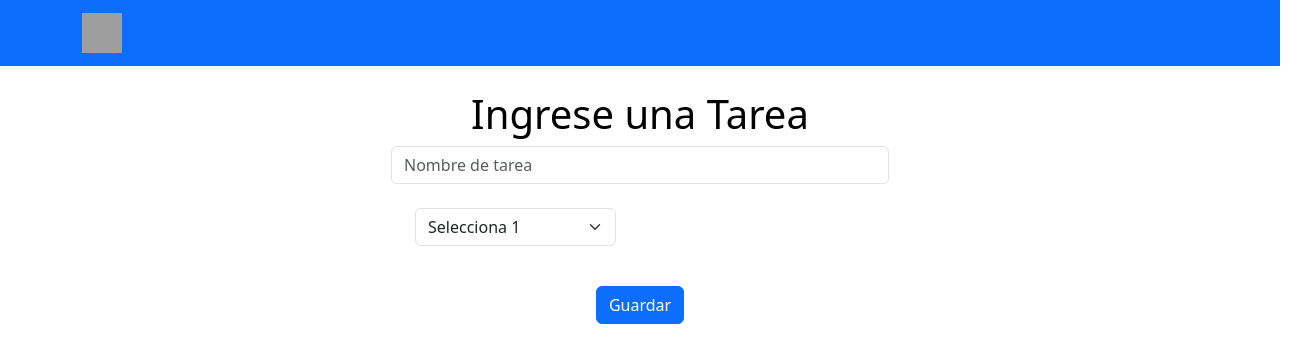
Repository: mgarrido0gb/registroTareas
Page: http://localhost/Tareas/Home
An editor plug-in stored every save of this project. The page is shown before and after the next save, followed by the edit.
The browser window is 1280 px wide. The page is 1292 px wide, so the pictures cover 1292 px, including what lies to the right of the window. The pictures show the whole page.
Pictures or frames that could not be fetched are drawn as grey boxes. The page is served by Tomcat 10. Queries for data that is not in the repository find no rows.

Above is the page before, as saved 2024-05-21 20:49:35.

After the next save:
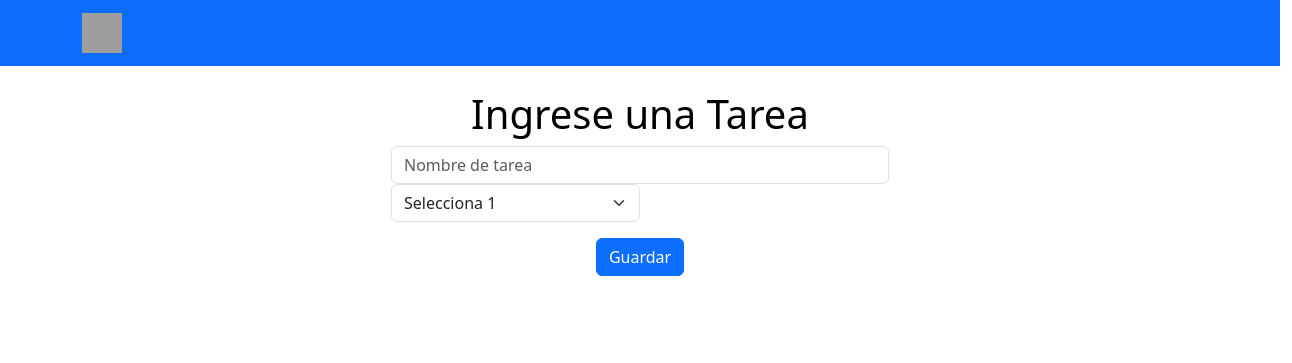
Saved 16 s later.
--- a/Tareas/src/main/webapp/WEB-INF/home.jsp
+++ b/Tareas/src/main/webapp/WEB-INF/home.jsp
@@ -50,7 +50,7 @@
                     	<div class="form-group">
                         	<input class="form-control" placeholder="Nombre de tarea" name="texto" type="text" required>
                     	</div>
-                    	<div class="p-4 col-md-6">
+                    	<div class="col-md-6">
               				<select class="form-select" name="categoria_id" required>
                 				<option selected value>Selecciona 1</option>
                 					<% for (Categoria c: cats) { %>
